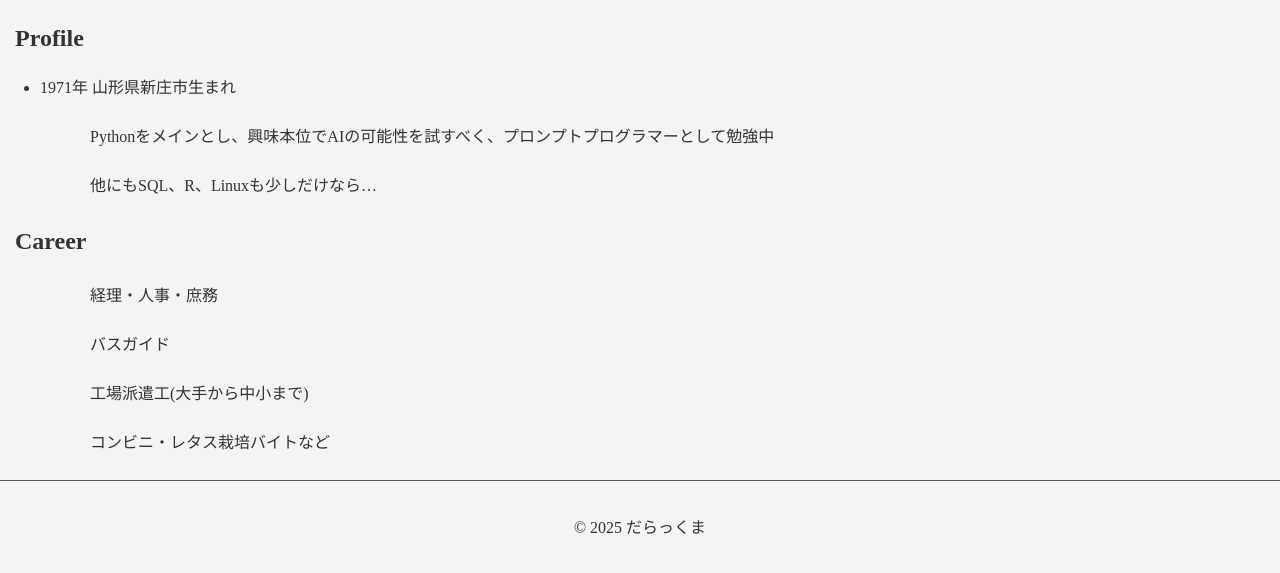
Repository: rydeen7907/html
Page: profile.html
The author's editor kept a copy of each file at every save. The page is drawn from the files as they stood at one save, then again after a run of saves.
The browser window is 1280 px wide. The pictures show the whole page.

Above is the page before, as saved 2025-04-27 17:42:56.

After the next 3 saves:
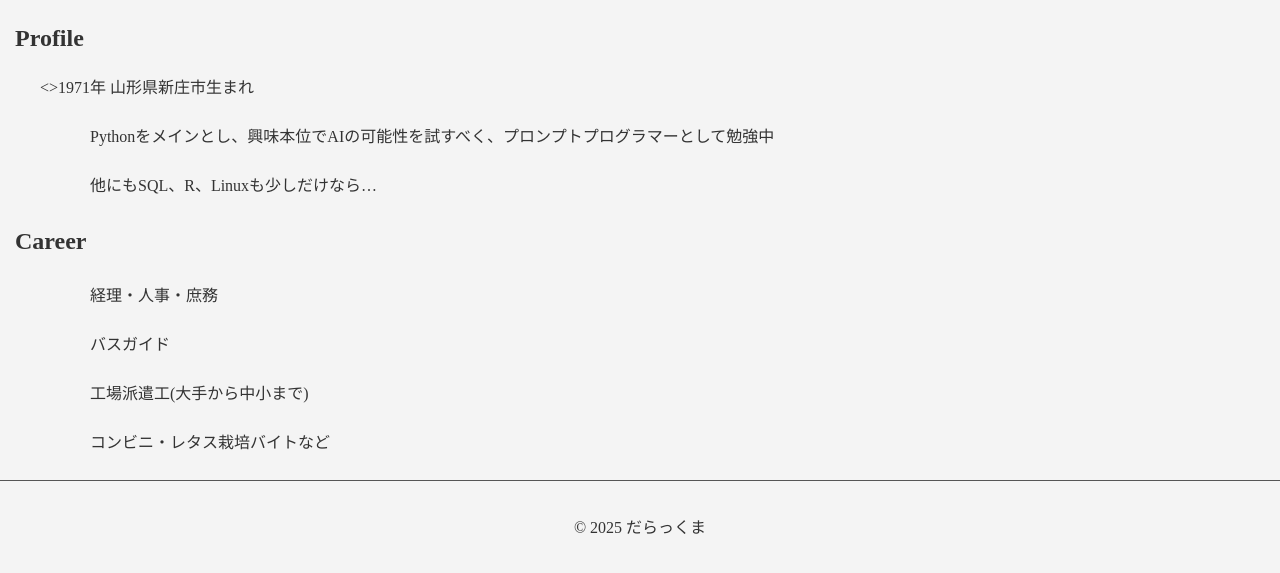
The 3 saves are shown as one change because they came seconds apart.
The last was saved 27 s later.
--- a/profile.html
+++ b/profile.html
@@ -10,7 +10,7 @@
     <main>
         <h2>Profile</h2>
         <ul>
-            <li>1971年 山形県新庄市生まれ</li>
+            <>1971年 山形県新庄市生まれ</li>
 
             <p>Pythonをメインとし、興味本位でAIの可能性を試すべく、プロンプトプログラマーとして勉強中</p>
 
